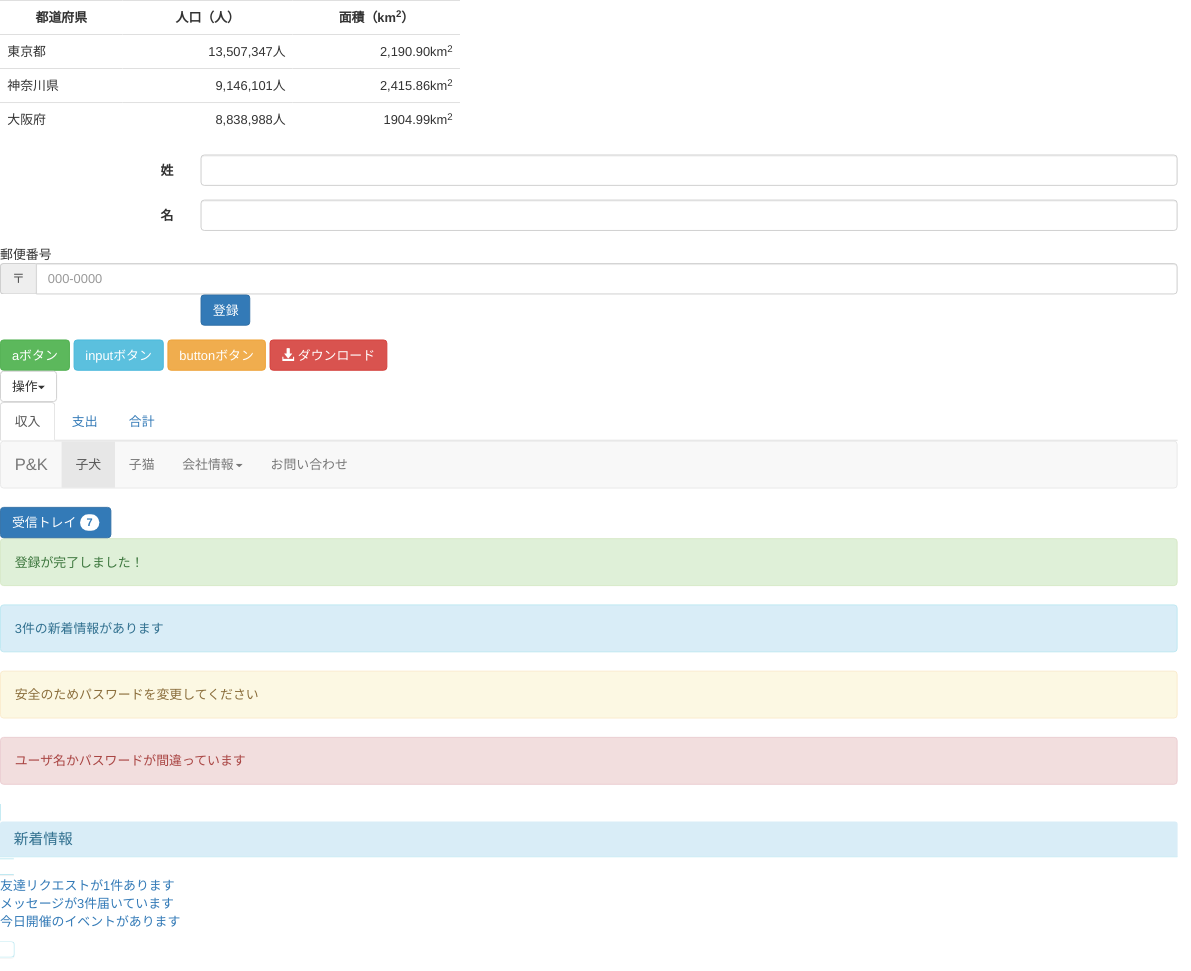
Repository: yuiahonda/kadai-monolist
Page: bootstrap/bootstrap_lesson.html
The author's editor kept a record of every edit. The page is drawn from the files as they stood at one moment, then again after the next edit.
The browser window is 1280 px wide. The page is 1295 px wide, so the pictures cover 1295 px, including what lies to the right of the window. The pictures show the whole page, at 92% of full size.

Above is the page before.

### bootstrap/bootstrap_lesson.html
<!DOCTYPE html>
<html lang="ja">
<html>
    <head>
        <meta charset="utf-8">
        <table class="table">
              <meta http-equiv="X-UA-Compatible" content="IE=edge">
        <meta name="viewport" content="width=device-width, initial-scale=1">

        <title>Grid System Test</title>

        <!-- Bootstrap CSS-->
        <link rel="stylesheet" href="https://maxcdn.bootstrapcdn.com/bootstrap/3.3.7/css/bootstrap.min.css">
        <!-- jQuery -->
        <script src="https://ajax.googleapis.com/ajax/libs/jquery/1.12.4/jquery.min.js"></script>
        <!-- Bootstrap JavaScript-->
        <script src="https://maxcdn.bootstrapcdn.com/bootstrap/3.3.7/js/bootstrap.min.js"></script>

    <tr>
        <th class="text-center">都道府県</th>
        <th class="text-center">人口（人）</th>
        <th class="text-center">面積（km<sup>2</sup>）</th>
    </tr>
    <tr>
        <td>東京都</td>
        <td class="text-right">13,507,347人</td>
        <td class="text-right">2,190.90km<sup>2</sup></td>
    </tr>
    <tr>
        <td>神奈川県</td>
        <td class="text-right">9,146,101人</td>
        <td class="text-right">2,415.86km<sup>2</sup></td>
    </tr>
    <tr>
        <td>大阪府</td>
        <td class="text-right">8,838,988人</td>
        <td class="text-right">1904.99km<sup>2</sup></td>
    </tr>
</table>
        <style>
        .table {
  width: 500px;
}
       </style>

    </head>
    <body>

       <form class="form-horizontal">
  <!-- "form-group" expresses a row -->
  <div class="form-group">
    <label class="col-xs-2 control-label">姓</label>
    <div class="col-xs-10">
      <input type="text" class="form-control" name="lastname">
    </div>
  </div>

  <!-- row -->
  <div class="form-group">
    <label class="col-xs-2 control-label">名</label>
    <div class="col-xs-10">
      <input type="text" class="form-control" name="
      firstname">
    </div>
  </div>
郵便番号
  <div class="input-group">
    <!-- left accessory -->
    <span class="input-group-addon">〒</span>

    <input type="text" class="form-control" placeholder="000-0000">
  </div>
  <!-- row -->
  <div class="form-group">
    <div class="col-xs-offset-2 col-sm-10">
      <button type="submit" class="btn btn-primary">登録</button>
    </div>
  </div>
</form>
<a href="#" class="btn btn-success">aボタン</a>
<input type="submit" class="btn btn-info" value="inputボタン">
<button class="btn btn-warning" type="submit">buttonボタン</button>

 <button type="button" class="btn btn-danger">
  <span class="glyphicon glyphicon-download-alt"></span>
  ダウンロード
</button>

<div class="dropdown">
  <button type="button" class="btn btn-default dropdown-toggle" data-toggle="dropdown">
    操作<span class="caret"></span>
  </button>

  <ul class="dropdown-menu">
    <li><a href="#">返信</a></li>
    <li><a href="#">転送</a></li>
    <li role="separator" class="divider"></li>
    <li><a href="#">削除</a></li>
  </ul>
  </div>
  <ul class="nav nav-tabs">
  <li class="active"><a href="#">収入</a></li>
  <li><a href="#">支出</a></li>
  <li><a href="#">合計</a></li>
</ul>


        <nav class="navbar navbar-default">
             <div class="container-fluid">
            <div class="navbar-header">
             <!-- hamburger button which shows narrow width -->
      <button type="button" class="navbar-toggle collapsed" data-toggle="collapse" data-target="#navbar">
        <span class="icon-bar"></span>
        <span class="icon-bar"></span>
        <span class="icon-bar"></span>
      </button>

      <!-- link back to the home -->
      <a class="navbar-brand" href="#">P&amp;K</a>
    </div>

    <!-- menu items -->
    <div id="navbar" class="collapse navbar-collapse">
      <ul class="nav navbar-nav">
        <li class="active"><a href="#">子犬</a></li>
        <li><a href="#">子猫</a></li>
        <li class="dropdown">
          <a href="#" class="dropdown-toggle" data-toggle="dropdown">会社情報<span class="caret"></span></a>
          <ul class="dropdown-menu">
            <li><a href="#">ビジョン</a></li>
            <li><a href="#">会社概要</a></li>
            <li><a href="#">地図</a></li>
            <li><a href="#">沿革</a></li>
          </ul>
        </li>
        <li><a href="#">お問い合わせ</a></li>
      </ul>
    </div><!-- /.navbar-collapse -->
  </div><!-- /.container-fluid -->
</nav>

<button class="btn btn-primary" type="button">
  受信トレイ <span class="badge">7</span>
</button>
<div class="alert alert-success" role="alert">登録が完了しました！</div>
<div class="alert alert-info" role="alert">3件の新着情報があります</div>
<div class="alert alert-warning" role="alert">安全のためパスワードを変更してください</div>
<div class="alert alert-danger" role="alert">ユーザ名かパスワードが間違っています</div>

<span class="panel panel-info">
  <div class="panel-heading">
    <h3 class="panel-title">新着情報</h3>
  </div>
  <span class="panel-body">
    <ul class="list-unstyled">
      <li><a href="#">友達リクエストが1件あります</a></li>
      <li><a href="#">メッセージが3件届いています</a></li>
      <li><a href="#">今日開催のイベントがあります</a></li>
    </ul>
  </div>
</span>

    </body>
</html>

After the next edit:
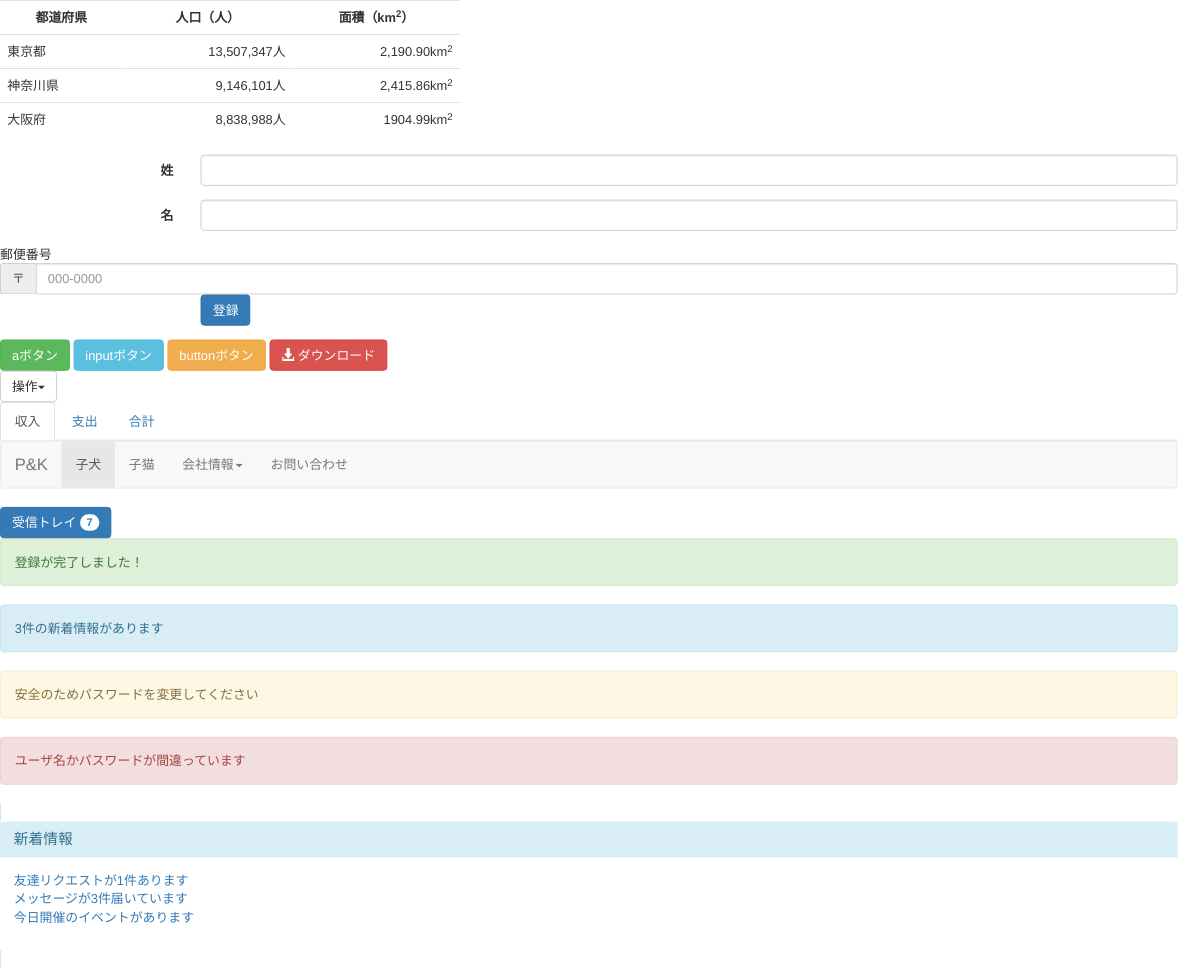
The edit:
--- a/bootstrap/bootstrap_lesson.html
+++ b/bootstrap/bootstrap_lesson.html
@@ -151,7 +151,7 @@
   <div class="panel-heading">
     <h3 class="panel-title">新着情報</h3>
   </div>
-  <span class="panel-body">
+  <div class="panel-body">
     <ul class="list-unstyled">
       <li><a href="#">友達リクエストが1件あります</a></li>
       <li><a href="#">メッセージが3件届いています</a></li>
